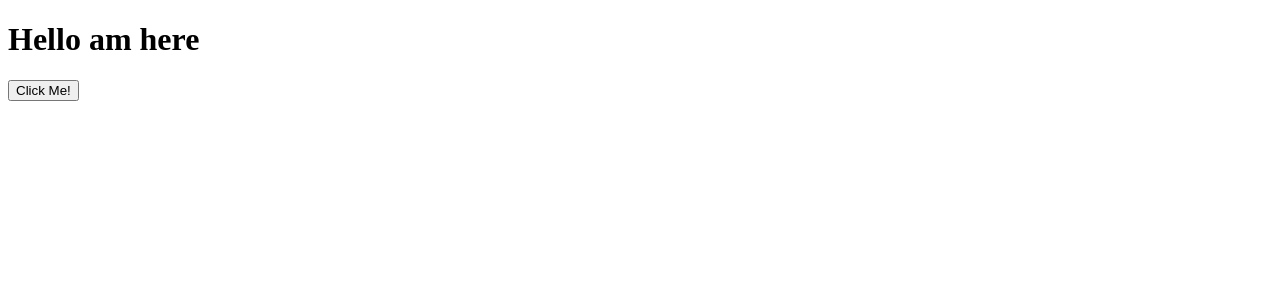
Repository: ohis/JAVAOnTheWeb
Page: http://localhost/ButtonClicker/Clicker
An editor plug-in stored every save of this project. The page is shown before and after the next save, followed by the edit.
The browser window is 1280 px wide. The pictures show the whole page.
The page is served by Tomcat 9.

Above is the page before, as saved 2017-12-03 02:47:13.

### servlets/ButtonClicker/WebContent/WEB-INF/views/click.jsp
<%@ page language="java" contentType="text/html; charset=ISO-8859-1"
    pageEncoding="ISO-8859-1"%>
<!DOCTYPE html PUBLIC "-//W3C//DTD HTML 4.01 Transitional//EN" "http://www.w3.org/TR/html4/loose.dtd">
<html>
<head>
<meta http-equiv="Content-Type" content="text/html; charset=ISO-8859-1">
<title>Clicker</title>
</head>
<body>
  <h1>Hello am here</h1>

  <form action="Clicker" method="get">
    <input type="submit" value="Click Me!">
  </form>

</body>
</html>

### servlets/ButtonClicker/src/com/codingdojo/clicker/controller/Clicker.java
package com.codingdojo.clicker.controller;

import java.io.IOException;

import javax.servlet.RequestDispatcher;
import javax.servlet.ServletException;
import javax.servlet.annotation.WebServlet;
import javax.servlet.http.HttpServlet;
import javax.servlet.http.HttpServletRequest;
import javax.servlet.http.HttpServletResponse;
import javax.servlet.http.HttpSession;

/**
 * Servlet implementation class Clicker
 */
@WebServlet("/Clicker")
public class Clicker extends HttpServlet {
	private static final long serialVersionUID = 1L;

    /**
     * @see HttpServlet#HttpServlet()
     */
    public Clicker() {
        super();
        // TODO Auto-generated constructor stub
    }

	/**
	 * @see HttpServlet#doGet(HttpServletRequest request, HttpServletResponse response)
	 */
    int count = 0;
	protected void doGet(HttpServletRequest request, HttpServletResponse response) throws ServletException, IOException {
		// TODO Auto-generated method stub
		HttpSession session = request.getSession();


		session.setAttribute("clicks", count);
		RequestDispatcher view = request.getRequestDispatcher("/WEB-INF/views/click.jsp");
		count++;
		view.forward(request, response);
	}

	/**
	 * @see HttpServlet#doPost(HttpServletRequest request, HttpServletResponse response)
	 */
	protected void doPost(HttpServletRequest request, HttpServletResponse response) throws ServletException, IOException {
		// TODO Auto-generated method stub
		doGet(request, response);
	}

}

After the next save:
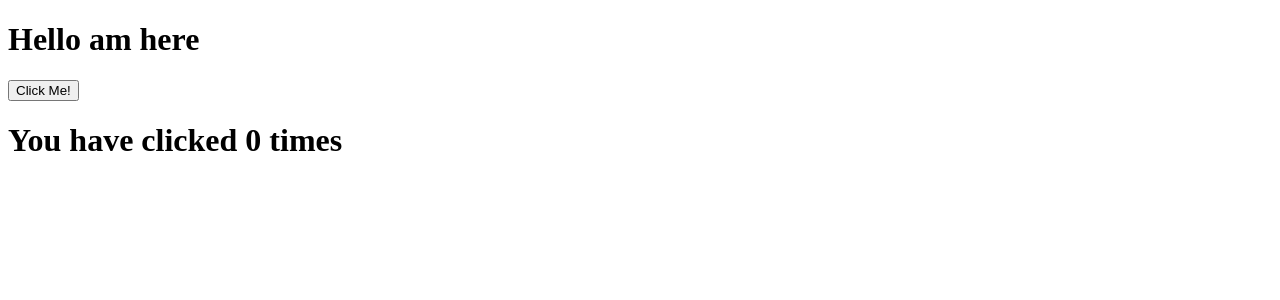
Saved 60 s later.
--- a/servlets/ButtonClicker/WebContent/WEB-INF/views/click.jsp
+++ b/servlets/ButtonClicker/WebContent/WEB-INF/views/click.jsp
@@ -13,5 +13,7 @@
     <input type="submit" value="Click Me!">
   </form>
 
+  <h1>You have clicked ${clicks} times</h1>
+
 </body>
 </html>
